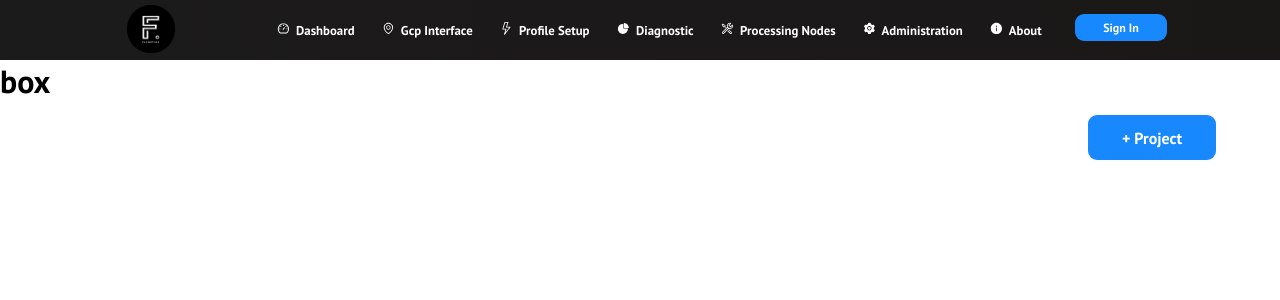
Repository: Akshaykumar1111/akki
Page: /Dashboard
The author's editor kept a copy of each file at every save. The page is drawn from the files as they stood at one save, then again after the next save.
The browser window is 1280 px wide. The pictures show the whole page.
Some web libraries are served in a nearby version. The project was rebuilt for these pictures with package versions that can differ from the ones it lists, and the page was loaded fresh each time. Also part of the build but not shown: src/components/pages/Dashboard.css, src/components/pages/Administration.css, src/components/pages/Administration.js, src/components/pages/Diagnostic.js, src/components/pages/ProfileSetup.js, src/components/pages/GcpInterface.js, src/components/pages/ProcessingNodes.js, src/components/pages/About.js and 8 more.

Above is the page before, as saved 2022-10-20 10:10:10.

### src/App.js
import React from 'react';
import Navbar from './components/Navbar';
import './App.css';

import { BrowserRouter as Router, Switch, Route } from 'react-router-dom';
import Dashboard from './components/pages/Dashboard';
import Administration from './components/pages/Administration';
import Diagnostic from './components/pages/Diagnostic';
import ProfileSetup from './components/pages/ProfileSetup';
import GcpInterface from './components/pages/GcpInterface';
import ProcessingNodes from './components/pages/ProcessingNodes';
import About from './components/pages/About';
import SignIn from './components/pages/SignIn';
import SignUp from './components/pages/SignUp';
import Forgot from './components/pages/Forgot';
import Otp from './components/pages/Otp';
import Popup from './components/pages/Popup';
import  ResetPassword from './components/pages/ResetPassword';
// import  popup from './components/pages/ModalDialog';
// import ModalDialog from './components/pages/ModalDialog'
// import '../node_modules/bootstrap/dist/css/bootstrap.min.css'
function App() {
  return (
    <Router>
      <Navbar />
      <Switch>

        <Route path='/Dashboard' exact component={Dashboard} />
        <Route path='/Diagnostic' component={Diagnostic} />

        <Route path='/ProfileSetup' component={ProfileSetup} />
        <Route path='/GcpInterface' component={GcpInterface} />
        <Route path='/ProcessingNodes' component={ProcessingNodes} />


        <Route path='/About' component={About} />
        <Route path='/Administration' component={Administration} />

        <Route path='/sign-In' component={SignIn} />
        <Route path='/SignUp' component={SignUp} />
        <Route path='/Forgot' component={Forgot} />
        <Route path='/Otp' component={Otp} />
        <Route path='/ResetPassword' component={ResetPassword} />
        <Route path='/Popup' component={Popup} />
        {/* <Route path='/popup' component={popup} /> */}

      </Switch>
      {/* <div className="container mt-3">
       <ModalDialog />
          </div> */}
    </Router>


  );
}

export default App;

### src/App.css
* {
  box-sizing: border-box;
  margin: 0;
  padding: 0;
  font-family: 'PT Sans', sans-serif;
}

.home,
.Diagnostic,
.Dashboard,
.ProfileSetup,
.GcpInterface,
.ProcessingNodes,
.products,
.Administration,
.DeveloperTools,
.About,
.sign-up,
.SigUp,
.Forgot,
.marketing,
.consulting {
  display: flex;
  height: 961.3px;
  align-items: center;
  justify-content: center;
  font-size: 2rem;
}


.map-container{
  width: 100%;
  height: 100%;
}

.Dashboard {
  background-image: url('./images/img-1.jpg');
  background-position: center;
  background-size: cover;
  background-repeat: no-repeat;
  color: #fff;
  font-size: 100px;

  margin-bottom: 10px;
}

.GcpInterface {
  background-image: url('./images/img-2.jpg');
  background-position: center;
  background-size: cover;
  background-repeat: no-repeat;
  color: #fff;
  font-size: 100px;
}

.Diagnostic {
  background-image: url('./images/img-3.jpg');
  background-position: center;
  background-size: fill;
  background-repeat: no-repeat;
  color: #fff;
  font-size: 100px;
}

.ProfileSetup {
  background-image: url('./images/img-4.jpg');
  background-position: center;
  background-size: cover;
  background-repeat: no-repeat;
  color: #fff;
  font-size: 100px;
}

.sign-up {
  background-image: url('./images/img-7.jpg');
  background-position: center;
  background-size: cover;
  background-repeat: no-repeat;
  color: #fff;
  font-size: 100px;
}

.marketing {
  background-image: url('./images/img-6.jpg');
  background-position: center;
  background-size: cover;
  background-repeat: no-repeat;
  color: #fff;
  font-size: 100px;
}

.consulting {
  background-image: url('./images/img-5.jpg');
  background-position: bottom;
  background-size: cover;
  background-repeat: no-repeat;
  color: #fff;
  font-size: 100px;
}

### src/components/pages/Dashboard.js

import React from 'react';
import '../../App.css';
import '../Button.css';
import './Dashboard.css';

export default function Dashboard() {
  return ( <>
  <h1 className='box'>box</h1>
  <button type="button" className='btn projectbtn'>+ Project</button>

  </>
  )
 }

### src/components/Button.js
import React from 'react';
import './Button.css';
import { Link } from 'react-router-dom';

export function Button() {
  return (
    <Link to='sign-In'>
      <button className='btn'>Sign In</button>
    </Link>
  );
}

### src/components/Navbar.css
.navbar {

  height: 70px;
  display: flex;
  justify-content: center;
  align-items: center;
  font-size: 1.2rem;


}
.nav-bg1{
  background-color: rgba(42, 41, 41, 0.606);
  }
.nav-bg2{
  background: linear-gradient(90deg, rgb(28, 27, 27) 0%, rgb(26, 23, 23) 100%);

}

.navbar-logo {
  color: #fff;
  justify-self: start;
  margin-left: 20px;
  cursor: pointer;
  text-decoration: none;
  font-size: 2rem;
}

.fa-firstdraft {
    margin-left: -18%;
    font-size: 1rem;
    height: 4rem;
    width: 4rem;
    text-align: center;
    margin-top: 12%;
    margin-left: -190%;
}
/* .log-img{
  width: 8%;
} */
.nav-menu {
  display: grid;
  grid-template-columns: repeat(8, auto);
  grid-gap: 10px;
  list-style: none;
  text-align: center;
  width: 70vw;
  justify-content: end;
  margin-right: 2rem;
}

.nav-item {
  display: flex;
  align-items: center;
  height: 80px;
  margin-top: 8%;
  display: flex;
}

.nav-links {
  color: white;
  text-decoration: none;
  padding: 0.5rem 1rem;
}

.nav-links:hover {
  background-color: #1888ff;
  border-radius: 4px;
  transition: all 0.2s ease-out;
}

.fa-bars {
  color: #fff;
}

.nav-links-mobile {
  display: none;
}

.menu-icon {
  display: none;
}
.li1{
  margin-top: 9%;
}

.li2{
  margin-top: 8%;
}
.li4{
  margin-top: 9%;
}
.li5{
  margin-top: 6.5%;
}
.li6{
  margin-top: 7.3%;
}
.li7{
  margin-top: 12.4%;
}
.li8{
  margin-top: 7%;
}

.nav-links1 {
  color: white;
  text-decoration: none;
  padding: 0.5rem 1rem;
}






@media screen and (max-width: 1648px) {
  .navbar {
    /* background: linear-gradient(90deg, rgb(28, 27, 27) 0%, rgb(26, 23, 23) 100%); */
    height: 60px;
    display: flex;
    justify-content: center;
    align-items: center;
    font-size: 0.8rem;
  }
  .nav-bg1{
    background-color: rgba(42, 41, 41, 0.606);
    }
  .nav-bg2{
    background: linear-gradient(90deg, rgb(28, 27, 27) 0%, rgb(26, 23, 23) 100%);

  }
  .navbar-logo {
    color: #fff;
    justify-self: start;
    margin-left: 20px;
    cursor: pointer;
    text-decoration: none;
    font-size: 1.5rem;
    padding-right: 1%;
  }

  .fa-firstdraft {
    margin-left: -6%;
    font-size: 1rem;
    height: 3rem;
    width: 3rem;
    text-align: center;
    margin-top: 12%;
}

  .nav-menu {
    display: grid;
    grid-template-columns: repeat(8, auto);
    grid-gap: 8px;
    list-style: none;
    text-align: center;
    width: 75vw;
    justify-content: end;
    margin-right: 1.2rem;
  }

  .nav-item {
    display: flex;
    align-items: center;
    height: 75px;
  }

  .nav-links {
    color: white;
    text-decoration: none;
    padding: 0.5rem 0.6rem;
  }

  .nav-links1 {
    color: white;
    text-decoration: none;
    padding: 0.5rem 1rem;
  }

  .nav-links:hover {
    background-color: #1888ff;
    border-radius: 4px;
    transition: all 0.2s ease-out;
  }

  .fa-bars {
    color: #fff;
  }

  .nav-links-mobile {
    display: none;
  }

  .menu-icon {
    display: none;
  }
  .li1{
    margin-top: 9%;
  }

  .li2{
    margin-top: 8%;
  }
  .li4{
    margin-top: 9%;
  }
  .li5{
    margin-top: 6.5%;
  }
  .li6{
    margin-top: 7.3%;
  }
  .li7{
    margin-top: 12.4%;
  }
  .li8{
    margin-top: 7%;
  }

}



@media screen and (max-width: 961px) {
  .NavbarItems {
    position: relative;
  }

  .nav-menu {
    display: flex;
    flex-direction: column;
    width: 100%;
    height: 90vh;
    position: absolute;
    top: 80px;
    left: -100%;
    opacity: 1;
    transition: all 0.5s ease;
  }

  .nav-menu.active {
    background: #242222;
    left: 0;
    opacity: 1;
    transition: all 0.5s ease;
    z-index: 1;
  }

  .nav-links {
    text-align: center;
    padding: 0rem;
    width: 100%;
    display: table;
    margin-top: -1%;
  }

  .nav-links1 {
    color: white;
    text-decoration: none;
    padding: 0.5rem 1rem;
  }


  .nav-links:hover {
    background-color: #1888ff;
    border-radius: 0;
  }

  .navbar-logo {
    position: absolute;
    top: 0;
    left: 0;
    transform: translate(25%, 50%);
  }

  .menu-icon {
    display: block;
    position: absolute;
    top: -8px;
    right: 0;
    transform: translate(-100%, 60%);
    font-size: 1.8rem;
    cursor: pointer;
  }

  .fa-times {
    color: #fff;
    font-size: 2rem;
  }
  .nav-item {
    display: flex;
    align-items: center;
    height: 88px;
    font-size: 155%;
}

  .nav-links-mobile {
    display: block;
    text-align: center;
    /* padding: 1.5rem; */
    margin: 0rem auto;
    border-radius: 16px;
    width: 50%;
    background: #1888ff;
    text-decoration: none;
    color: #fff;
    font-size: 1.2rem;
    height: 55px;
    margin-bottom: 2%;
    padding-top: 2%;
  }

  .nav-links-mobile:hover {
    background: #fff;
    color: #1888ff;
    transition: 250ms;
  }

  .nav-Button{
    margin-top: 14%;
  }
  /* button {
    display: none;
  } */
  .fa-firstdraft {
    margin-left: 85%;
    font-size: 1rem;
    height: 3rem;
    width: 3rem;
    text-align: center;
    margin-top: -28%;
}
.li1{
  margin-top: 9%;
}

.li2{
  margin-top: 8%;
}
.li4{
  margin-top: 9%;
}
.li5{
  margin-top: 6.5%;
}
.li6{
  margin-top: 7.3%;
}
.li7{
  margin-top: 12.4%;
}
.li8{
  margin-top: 7%;
}

}



@media screen and (max-width: 480px) {
  .NavbarItems {
    position: relative;
  }

  .nav-menu {
    display: flex;
    flex-direction: column;
    width: 100%;
    height: 90vh;
    position: absolute;
    top: 80px;
    left: -100%;
    opacity: 1;
    transition: all 0.5s ease;
  }

  .nav-menu.active {
    background: #242222;
    left: 0;
    opacity: 1;
    transition: all 0.5s ease;
    z-index: 1;
  }

  .nav-links {
    text-align: center;
    padding: 0rem;
    width: 100%;
    display: table;
    margin-top: -1%;
  }

  .nav-links1 {
    color: white;
    text-decoration: none;
    padding: 0.5rem 1rem;
  }


  .nav-links:hover {
    background-color: #1888ff;
    border-radius: 0;
  }

  .navbar-logo {
    position: absolute;
    top: 0;
    left: 0;
    transform: translate(25%, 50%);
  }

  .menu-icon {
    display: block;
    position: absolute;
    top: -8px;
    right: 0;
    transform: translate(-100%, 60%);
    font-size: 1.8rem;
    cursor: pointer;
  }

  .fa-times {
    color: #fff;
    font-size: 2rem;
  }
  .nav-item {
    display: flex;
    align-items: center;
    height: 88px;
    font-size: 155%;
}

  .nav-links-mobile {
    display: block;
    text-align: center;
    /* padding: 1.5rem; */
    margin: 0rem auto;
    border-radius: 16px;
    width: 50%;
    background: #1888ff;
    text-decoration: none;
    color: #fff;
    font-size: 1.2rem;
    height: 55px;
    margin-bottom: 2%;
    padding-top: 2%;
  }

  .nav-links-mobile:hover {
    background: #fff;
    color: #1888ff;
    transition: 250ms;
  }

  .nav-Button{
    margin-top: 14%;
  }
  /* button {
    display: none;
  } */
  .fa-firstdraft {
    margin-left: 50%;
    font-size: 1rem;
    height: 3rem;
    width: 3rem;
    text-align: center;
    margin-top: -28%;
}
.li1{
  margin-top: 9%;
}

.li2{
  margin-top: 8%;
}
.li4{
  margin-top: 9%;
}
.li5{
  margin-top: 6.5%;
}
.li6{
  margin-top: 7.3%;
}
.li7{
  margin-top: 12.4%;
}
.li8{
  margin-top: 7%;
}

}

/* <-----------sticky navbar----------> */
/* .sticky{
  position: fixed;
  top: 0;
  left: 0;
  width: 100%;
  height: 5rem;
  padding-top: 0;
  padding-bottom: 0;
  box-shadow: 0 0 2rem 0 rgb(0,0,0,5);
} */
/* <-----------sticky navbar end----------> */

### src/components/Button.css
:root {
  --primary: #1888ff;
}

.btn {
  padding: 6px 9px;
  border-radius: 4px;
  outline: none;
  border: none;
  font-size: 15px;
  color: #fff;
  cursor: pointer;
  background-color: var(--primary);
  margin-top: 33%;
}
.projectbtn {
  font-size: 150%;
  /* padding: 0.5% 0.1% 0.5% 0.1%; */
  width: 10%;
  margin-top: 1%;
  margin-left: 89%;
}

.btn:hover {
  padding: 5px 9px;
  transition: all 0.3s ease-out;
  background-color: transparent;
  color: #fff;
  border-radius: 4px;
  border: 2px solid var(--primary);
  transition: all 0.3s ease-out;
}
@media screen and (max-width: 1140px) {
  .NavbarItems {
    position: relative;
  }
  :root {
    --primary: #1888ff;
  }

  .btn {
    padding: 6px 12px;
    border-radius: 9px;
    outline: none;
    border: none;
    font-size: 12px;
    color: #fff;
    cursor: pointer;
    background-color: var(--primary);
    margin-top: 36%;
  }
  .projectbtn {
    font-size: 150%;
    /* padding: 0.5% 0.1% 0.5% 0.1%; */
    width: 10%;
    margin-top: 1%;
    margin-left: 89%;
  }

  .btn:hover {
    padding: 6px 18px;
    transition: all 0.3s ease-out;
    background-color: transparent;
    color: #fff;
    border-radius: 4px;
    border: 2px solid var(--primary);
    transition: all 0.3s ease-out;
  }
}

@media screen and (max-width: 1648px) {
  .NavbarItems {
    position: relative;
  }
  :root {
    --primary: #1888ff;
  }

  .btn {
    padding: 6px 12px;
    border-radius: 9px;
    outline: none;
    border: none;
    font-size: 12px;
    color: #fff;
    cursor: pointer;
    background-color: var(--primary);
    margin-top: 26%;
  }
  .projectbtn {
    font-size: 100%;
    padding: 1% 0.1% 1% 0.1%;
    width: 10%;
    margin-top: 1%;
    margin-left: 85%;
  }

  .btn:hover {
    padding: 6px 18px;
    transition: all 0.3s ease-out;
    background-color: transparent;
    color: #fff;
    border-radius: 4px;
    border: 2px solid var(--primary);
    transition: all 0.3s ease-out;
  }
}




@media screen and (max-width: 961px) {
  .NavbarItems {
    position: relative;
  }
  :root {
    --primary: #1888ff;
  }

  .btn {

    border-radius: 9px;
    outline: none;
    border: none;
    font-size: 12px;
    color: #fff;
    cursor: pointer;
    background-color: var(--primary);
    width: auto;
    margin-top: 3%;
  }
  .projectbtn {
    font-size: 100%;
    padding: 1.5% 0.1% 1.5% 0.1%;
    width: 10%;
    margin-top: 1%;
    margin-left: 86%;
  }

  .btn:hover {
    padding: 0px 0px;
    transition: all 0.3s ease-out;
    background-color: transparent;
    color: #fff;
    border-radius: 4px;
    border: 2px solid var(--primary);
    transition: all 0.3s ease-out;
  }
}

### src/components/pages/Signin.css
.sign-ups{
    display: flex;
    height: 33px;
    align-items: center;
    justify-content: center;
    font-size: 3rem;
    margin-top: -9px;
    color:whitesmoke;
    text-shadow: 2px 2px 15px white;
  }
  body {font-family: Arial, Helvetica, sans-serif;}
  /* The Modal (background) */
  .Main-login-Div {
  width: 100%;
  height: 100%;
  background-color: rgba(0,0,0,0.4);

  padding:10% 20% 5.6% 20%;

  background-image: url('../../images/abhi.jpg');
  background-size: cover;


  }

  /* input[type=text], input[type=password] {
  width: 100%;
  padding: 12px 20px;
  margin: 12px 0;
  display: inline-block;
  border: 1px solid #ccc;
  box-sizing: border-box;
  } */
  .input[type=text], .input[type=password] {
    width: 100%;
    padding: 12px 20px;
    margin: 12px 0;
    display: inline-block;
    border: 1px solid #ccc;
    box-sizing: border-box;
    }

  /* Set a style for all buttons */
  button {
  background-color: var(--primary);
  color: white;
  padding: 14px 20px;
  margin: 12px 0;
  border: none;
  cursor: pointer;
  width: 100%;
  border-radius: 10px;

  }


  button:hover {
  opacity: 0.8;
  }

  .nav-links-mobile {
    display: none;
  }

  /* Extra styles for the cancel button */
  .cancelbtn {
  width: auto;
  padding: 10px 18px;
  background-color: #f44336;
  border-radius: 9%;
  }

  .Signupbtn{
  width: auto;
  padding: 10px 18px;
  background-color: var(--primary);
  text-align: center;
  border-radius: 9%;
  }

  /* Center the image and position the close button */
  .imgcontainer  {
  text-align: center;
  margin: 24px 0 12px 0;
  position: relative;
  }

  img.avatar {
  width: 40%;
  border-radius: 50%;
  }

  .container {
  padding: 16px;
  /* text-align: right; */

  }
  .cont2{
    margin-left: 75px;
  }

  .container5 {

  /* text-align: right; */
  width: 100%;
  display: flex;
  /* height: 10%; */

  }

  .container1 {
  padding: 16px;

  width: 80%;

  }
  .container2 {
  width: 20%;
  text-align: right;
  padding: 16px;

  }







  span.psw {
  float: right;
  padding-top: 16px;
  }



  /* Modal Content/Box */
  .modal-content {
  background-color: #fefefe;
  margin: 5% auto 15% auto; /* 5% from the top, 15% from the bottom and centered */
  border: 1px solid #888;
  width: 80%; /* Could be more or less, depending on screen size */
  border-radius: 18px;
  }

  /* The Close Button (x) */
  .close {
  position: absolute;
  right: 25px;
  top: 0;
  color: #000;
  font-size: 35px;
  font-weight: bold;
  }

  .close:hover,
  .close:focus {
  color: red;
  cursor: pointer;
  }

  /* Add Zoom Animation */
  .animate {
  -webkit-animation: animatezoom 0.6s;
  animation: animatezoom 0.6s
  }

  @-webkit-keyframes animatezoom {
  from {-webkit-transform: scale(0)}
  to {-webkit-transform: scale(1)}
  }

  @keyframes animatezoom {
  from {transform: scale(0)}
  to {transform: scale(1)}
  }


  /* /////////////////////////////////////////////////////////////////////////////////////////////////////////////////// */
  @media screen and (max-width: 961px){
  .sign-ups{
    display: flex;
    height: 33px;
    align-items: center;
    justify-content: center;
    font-size: 3rem;
    margin-top: -9px;
    color:whitesmoke;
    text-shadow: 2px 2px 15px white;
  }
  body {font-family: Arial, Helvetica, sans-serif;}
  /* The Modal (background) */
  .Main-login-Div {
  width: 100%; /* Full width */
  height: 100%; /* Full height */
  background-color: rgba(0,0,0,0.4); /* Black w/ opacity */
  padding-top: 15%;
  padding-bottom: 2%;

  background-image: url('../../images/abhi.jpg');
  background-size: cover;


  }

  .input2[type=text], .input2[type=password] {
  width: 80%;
  padding: 12px 20px;
  margin: 12px 0;
  display: inline-block;
  border: 1px solid #ccc;
  box-sizing: border-box;
  }

  /* Set a style for all buttons */
  button {
  background-color: var(--primary);
  color: white;
  padding: 14px 20px;
  margin: 12px 0;
  border: none;
  cursor: pointer;
  width: 100%;
  border-radius: 10px;
  }


  button:hover {
  opacity: 0.8;
  }

  /* Extra styles for the cancel button */
  .cancelbtn {
  /* width: auto; */
  padding: 10px 18px;
  background-color: #f44336;
  }

  .Signupbtn{
  /* width: auto; */
  padding: 10px 18px;
  background-color: var(--primary);
  text-align: center;

  }

  /* Center the image and position the close button */
  .imgcontainer  {
  text-align: center;
  margin: 24px 0 12px 0;
  position: relative;
  }

  img.avatar {
  width: 40%;
  border-radius: 50%;
  }

  .container {
  padding: 16px;
  /* text-align: right; */

  }

  .container5 {

  /* text-align: right; */
  width: 100%;
  display: flex;
  /* height: 10%; */

  }

  .container1 {
  padding: 16px;

  width: 80%;

  }
  .container2 {
  width: 50%;
  text-align: right;
  padding: 16px;

  }








  span.psw {
  float: right;
  padding-top: 16px;
  }



  /* Modal Content/Box */
  .modal-content {
  background-color: #fefefe;
  margin: 5% auto 15% auto; /* 5% from the top, 15% from the bottom and centered */
  border: 1px solid #888;
  width: 80%; /* Could be more or less, depending on screen size */
  border-radius: 18px;
  }

  /* The Close Button (x) */
  .close {
  position: absolute;
  right: 25px;
  top: 0;
  color: #000;
  font-size: 35px;
  font-weight: bold;
  }

  .close:hover,
  .close:focus {
  color: red;
  cursor: pointer;
  }

  /* Add Zoom Animation */
  .animate {
  -webkit-animation: animatezoom 0.6s;
  animation: animatezoom 0.6s
  }

  @-webkit-keyframes animatezoom {
  from {-webkit-transform: scale(0)}
  to {-webkit-transform: scale(1)}
  }

  @keyframes animatezoom {
  from {transform: scale(0)}
  to {transform: scale(1)}
  }
  }
  @media screen and (max-width: 300px) {
    span.psw {
       display: block;
       float: none;
    }
    .cancelbtn {
       width: 100%;
    }
  }

  @media screen and (max-width: 610px){
    .sign-ups{
      display: flex;
      height: 33px;
      align-items: center;
      justify-content: center;
      font-size: 2rem;
      margin-top: -9px;
      color:whitesmoke;
      text-shadow: 2px 2px 15px white;
    }
    body {font-family: Arial, Helvetica, sans-serif;}
    /* The Modal (background) */
    .Main-login-Div {
    width: 100%; /* Full width */
    height: 100%; /* Full height */
    background-color: rgba(0,0,0,0.4); /* Black w/ opacity */
    padding-top: 15%;
    padding-bottom: 2%;

    background-image: url('../../images/abhi.jpg');
    background-size: cover;


    }

    .input[type=text], .input[type=password] {
    width: 100%;
    padding: 12px 20px;
    margin: 12px 0;
    display: inline-block;
    border: 1px solid #ccc;
    box-sizing: border-box;
    }

    /* Set a style for all buttons */
    /* button {
    background-color: var(--primary);
    color: white;
    padding: 14px 20px;
    margin: 12px 0;
    border: none;
    cursor: pointer;
    width: 126%;
    } */
    .button {
      background-color: var(--primary);
      color: white;
      padding: 14px 20px;
      margin: 12px 0;
      border: none;
      cursor: pointer;
      width: 100%;
      border-radius: 10px;
      }



    button:hover {
    opacity: 0.8;
    }

    /* Extra styles for the cancel button */
    .cancelbtn {
    /* width: auto; */
    padding: 7px 14px;
    background-color: #f44336;
    }
    .cont2{
      margin-left: 75px;

    }
    .Signupbtn{
    /* width: auto; */
    padding: 3px 11px;
    background-color: var(--primary);
    text-align: center;
    font-size: 14px;

    }
    .Forgot-password{
      font-size: 12px;
    }

    /* Center the image and position the close button */
    .imgcontainer  {
    text-align: center;
    margin: 24px 0 12px 0;
    position: relative;
    }

    img.avatar {
    width: 40%;
    border-radius: 50%;
    }

    .container {
    padding: 16px;
    /* text-align: right; */
    width: 100%;

    }

    .container5 {

    /* text-align: right; */
    width: 100%;
    display: flex;
    /* height: 10%; */

    }

    .container1{
    padding: 16px;

    width: 80%;

    }
    .container2 {
    width: 50%;
    text-align: right;
    padding: 16px;

    }








    span.psw1 {
    float: right;
    padding-top: 16px;
    }



    /* Modal Content/Box */
    .modal-content {
    background-color: #fefefe;
    margin: 5% auto 15% auto; /* 5% from the top, 15% from the bottom and centered */
    border: 1px solid #888;
    width: 80%; /* Could be more or less, depending on screen size */
    border-radius: 18px;
    }

    /* The Close Button (x) */
    .close {
    position: absolute;
    right: 25px;
    top: 0;
    color: #000;
    font-size: 35px;
    font-weight: bold;
    }

    .close:hover,
    .close:focus {
    color: red;
    cursor: pointer;
    }

    /* Add Zoom Animation */
    .animate {
    -webkit-animation: animatezoom 0.6s;
    animation: animatezoom 0.6s
    }

    @-webkit-keyframes animatezoom {
    from {-webkit-transform: scale(0)}
    to {-webkit-transform: scale(1)}
    }

    @keyframes animatezoom {
    from {transform: scale(0)}
    to {transform: scale(1)}
    }
    }

    @media screen and (max-width: 523px){
      .sign-ups{
        display: flex;
        height: 33px;
        align-items: center;
        justify-content: center;
        font-size: 1.5rem;
        margin-top: -9px;
        color:whitesmoke;
        text-shadow: 2px 2px 15px white;
      }
      body {font-family: Arial, Helvetica, sans-serif;}
      /* The Modal (background) */
      .Main-login-Div {
      width: 100%; /* Full width */
      height: 100%; /* Full height */
      background-color: rgba(0,0,0,0.4); /* Black w/ opacity */
      padding-top: 15%;
      padding-bottom: 2%;

      background-image: url('../../images/abhi.jpg');
      background-size: cover;


      }

      .input[type=text], .input[type=password] {
      width: 100%;
      padding: 12px 20px;
      margin: 12px 0;
      display: inline-block;
      border: 1px solid #ccc;
      box-sizing: border-box;
      }

      /* Set a style for all buttons */
      /* button {
      background-color: var(--primary);
      color: white;
      padding: 14px 20px;
      margin: 12px 0;
      border: none;
      cursor: pointer;
      width: 126%;
      } */
      .button {
        background-color: var(--primary);
        color: white;
        padding: 14px 20px;
        margin: 12px 0;
        border: none;
        cursor: pointer;
        width: 100%;
        border-radius: 10px;

        }



      button:hover {
      opacity: 0.8;
      }

      /* Extra styles for the cancel button */
      .cancelbtn {
      /* width: auto; */
      padding: 7px 14px;
      background-color: #f44336;
      }
      .cont2{
        margin-left: 30px;

      }
      .Signupbtn{
      /* width: auto; */
      padding: 3px 11px;
      background-color: var(--primary);
      text-align: center;
      font-size: 14px;

      }
      .Forgot-password{
        font-size: 12px;
      }

      /* Center the image and position the close button */
      .imgcontainer  {
      text-align: center;
      margin: 24px 0 12px 0;
      position: relative;
      }

      img.avatar {
      width: 40%;
      border-radius: 50%;
      }

      .container {
      padding: 16px;
      /* text-align: right; */
      width: 100%;

      }

      .container5 {

      /* text-align: right; */
      width: 100%;
      display: flex;
      /* height: 10%; */

      }

      .container1{
      padding: 16px;

      width: 80%;

      }
      .container2 {
      width: 50%;
      text-align: right;
      padding: 16px;

      }








      span.psw1 {
      float: right;
      padding-top: 16px;
      }



      /* Modal Content/Box */
      .modal-content {
      background-color: #fefefe;
      margin: 5% auto 15% auto; /* 5% from the top, 15% from the bottom and centered */
      border: 1px solid #888;
      width: 80%; /* Could be more or less, depending on screen size */
      border-radius: 18px;
      }

      /* The Close Button (x) */
      .close {
      position: absolute;
      right: 25px;
      top: 0;
      color: #000;
      font-size: 35px;
      font-weight: bold;
      }

      .close:hover,
      .close:focus {
      color: red;
      cursor: pointer;
      }

      /* Add Zoom Animation */
      .animate {
      -webkit-animation: animatezoom 0.6s;
      animation: animatezoom 0.6s
      }

      @-webkit-keyframes animatezoom {
      from {-webkit-transform: scale(0)}
      to {-webkit-transform: scale(1)}
      }

      @keyframes animatezoom {
      from {transform: scale(0)}
      to {transform: scale(1)}
      }

      }

Loaded but not shown: public/index.html (common file); src/index.js (common file); src/components/Navbar.js (179 lines, source omitted)

After the next save:
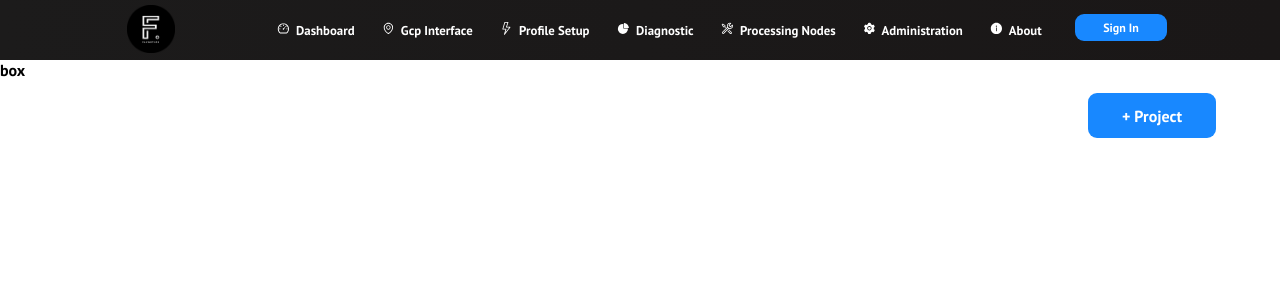
Saved 35 s later.
--- a/src/components/pages/Dashboard.js
+++ b/src/components/pages/Dashboard.js
@@ -6,7 +6,7 @@ import './Dashboard.css';
 
 export default function Dashboard() {
   return ( <>
-  <h1 className='box'>box</h1>
+  <div className='box'>box</div>
   <button type="button" className='btn projectbtn'>+ Project</button>
 
   </>
